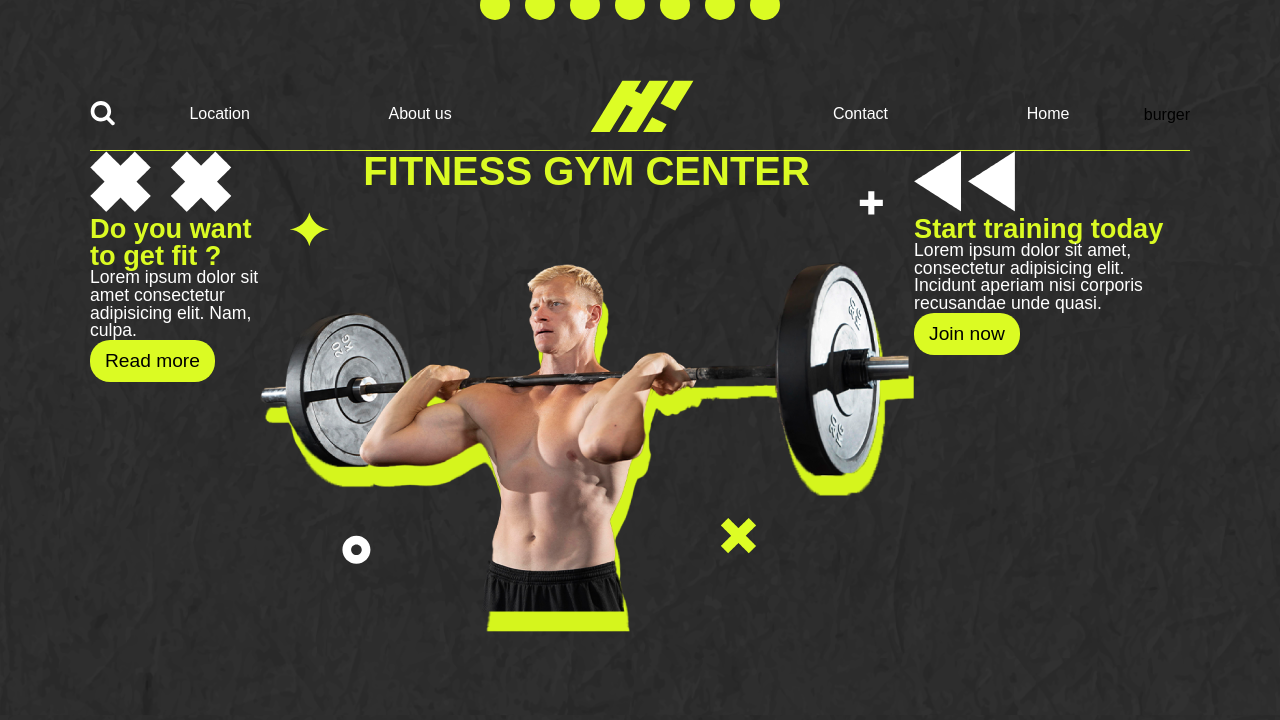
Repository: sem1103/fitness-test
Page: index.html
The author's editor kept a copy of each file at every save. The page is drawn from the files as they stood at one save, then again after the next save.
The browser window is 1280 px wide. The pictures show the whole page.

Above is the page before, as saved 2023-11-03 18:44:41.

### index.html
<!DOCTYPE html>
<html lang="en">
<head>
    <meta charset="UTF-8">
    <meta name="viewport" content="width=device-width, initial-scale=1.0">
    <title>Fitness</title>
    <link rel="stylesheet" href="style/reset.css"/>
    <link rel="stylesheet" href="style/main.css"/>
</head>
<body>
    <div id="circles">
        <ul>
            <li></li>
            <li></li>
            <li></li>
            <li></li>
            <li></li>
            <li></li>
            <li></li>
        </ul>
    </div>
    <header class="container">
        <div id="search">
            <svg version="1.2" xmlns="http://www.w3.org/2000/svg" viewBox="0 0 25 25" width="25" height="25"><style>.a{fill:#fff}</style><path fill-rule="evenodd" class="a" d="m23 24.2c-0.5 0-1 0-1.4-0.5-4.9-4.9-4.9-4.9-4.9-4.9-1.9 1.2-3.7 1.6-5.8 1.6-5.6 0-10.2-4.4-10.2-10 0-5.8 4.6-10.3 10.2-10.3 5.6 0 10.2 4.5 10.2 10.3 0 1.9-0.7 4-1.9 5.6 4.9 5.1 4.9 5.1 4.9 5.1 0.5 0.3 0.7 0.7 0.7 1.2 0 1.2-0.9 1.9-1.8 1.9zm-12.1-20.3c-3.7 0-6.5 2.8-6.5 6.5 0 3.5 2.8 6.3 6.5 6.3 3.5 0 6.5-2.8 6.5-6.3 0-3.7-3-6.5-6.5-6.5z"/></svg>
        </div>
        <nav>
            <ul>
                <li><a href="">Location</a></li>
                <li><a href="">About us</a></li>
                <li><a href=""><img src="./img/logo.png" alt="Logo"></a></li>
                <li><a href="">Contact</a></li>
                <li><a href="">Home</a></li>
            </ul>
        </nav>
        <div id="burger__menu">burger</div>
    </header>
    <main>

        <div id="intro" class="container">
            <div class="side__section">
                <div class="img">
                    <img src="img/section-one.png" alt="">
                </div>
                <h2>Do you want
                    to get fit ?</h2>
                <p>Lorem ipsum dolor sit amet consectetur adipisicing elit. Nam, culpa.</p>
                <button>Read more</button>
            </div>
            <div class="main__section">
                <h1>FITNESS GYM
                    CENTER</h1>
                <img src="img/section-two.png" alt="">
            </div>
            <div class="side__section">
                <div class="img">
                    <img src="img/section-three.png" alt="">
                </div>
                <h2>Start training
                    today</h2>
                <p>Lorem ipsum dolor sit amet, consectetur adipisicing elit. Incidunt aperiam nisi corporis recusandae unde quasi.</p>
                <button>Join now</button>
            </div>
        </div>


    </main>
</body>
</html>

### style/reset.css
html, body, div, span, applet, object, iframe,
h1, h2, h3, h4, h5, h6, p, blockquote, pre,
a, abbr, acronym, address, big, cite, code,
del, dfn, em, img, ins, kbd, q, s, samp,
small, strike, strong, sub, sup, tt, var,
b, u, i, center,
dl, dt, dd, ol, ul, li,
fieldset, form, label, legend,
table, caption, tbody, tfoot, thead, tr, th, td,
article, aside, canvas, details, embed,
figure, figcaption, footer, header, hgroup,
menu, nav, output, ruby, section, summary,
time, mark, audio, video {
	margin: 0;
	padding: 0;
	border: 0;
	font-size: 100%;
	font: inherit;
	vertical-align: baseline;
}
/* HTML5 display-role reset for older browsers */
article, aside, details, figcaption, figure,
footer, header, hgroup, menu, nav, section {
	display: block;
}
body {
	line-height: 1;
	font-family: Arial, Helvetica, sans-serif;
}
ol, ul {
	list-style: none;
}
blockquote, q {
	quotes: none;
}
blockquote:before, blockquote:after,
q:before, q:after {
	content: '';
	content: none;
}
table {
	border-collapse: collapse;
	border-spacing: 0;
}
a{
	text-decoration: none;
}

### style/main.css
.container {
    max-width: 1100px;
    margin: auto;
}

body {
    background: url(./../img/background.png) center/cover;
    min-height: 100vh;
}

#circles ul {
    display: flex;
    flex-direction: row;
    width: 100%;
    justify-content: center;
    gap: 15px;
    margin: -10px;
}

#circles li {
    padding: 15px;
    border-radius: 50%;
    background-color: #dbfb23;
}

header {
    padding: 70px 0 0 0;
    border-bottom: 1px solid #dbfb23;
}

header,
nav ul {
    display: flex;
    flex-direction: row;
    justify-content: space-between;
    align-items: center;
}

nav {
    flex-basis: 80%;
}

nav ul {
    align-items: stretch;
}

nav li {
    display: flex;
    align-items: center;
    transition: all .3s ease-in-out;
    border-bottom: 2px solid transparent;
}
nav li:nth-child(3){
    margin: 0 0 15px 0;
    border: 0;
}
nav a {
    color: #fff;
}

nav li:hover {
    color: #dbfb23;
    transition: all .3s ease-in-out;
    border-color: #fff;
}
h1{
    font-size: 2.5rem;
    font-weight: 900;
    color: #dbfb23;
    text-align: center;
}
h2{
    color: #dbfb23;
    font-size: 1.7rem;
    font-weight: 600;
}
#intro{
    display: flex;
    flex-direction: row;
}
#intro p{
    color: #fff;
    font-size: 1.1rem;
}

#intro button{
    border: 0;
    outline: 0;
    padding: 10px 15px;
    background-color: #dbfb23;
    border-radius: 20px;
    font-size: 1.2rem;
    cursor: pointer;
}

After the next save:
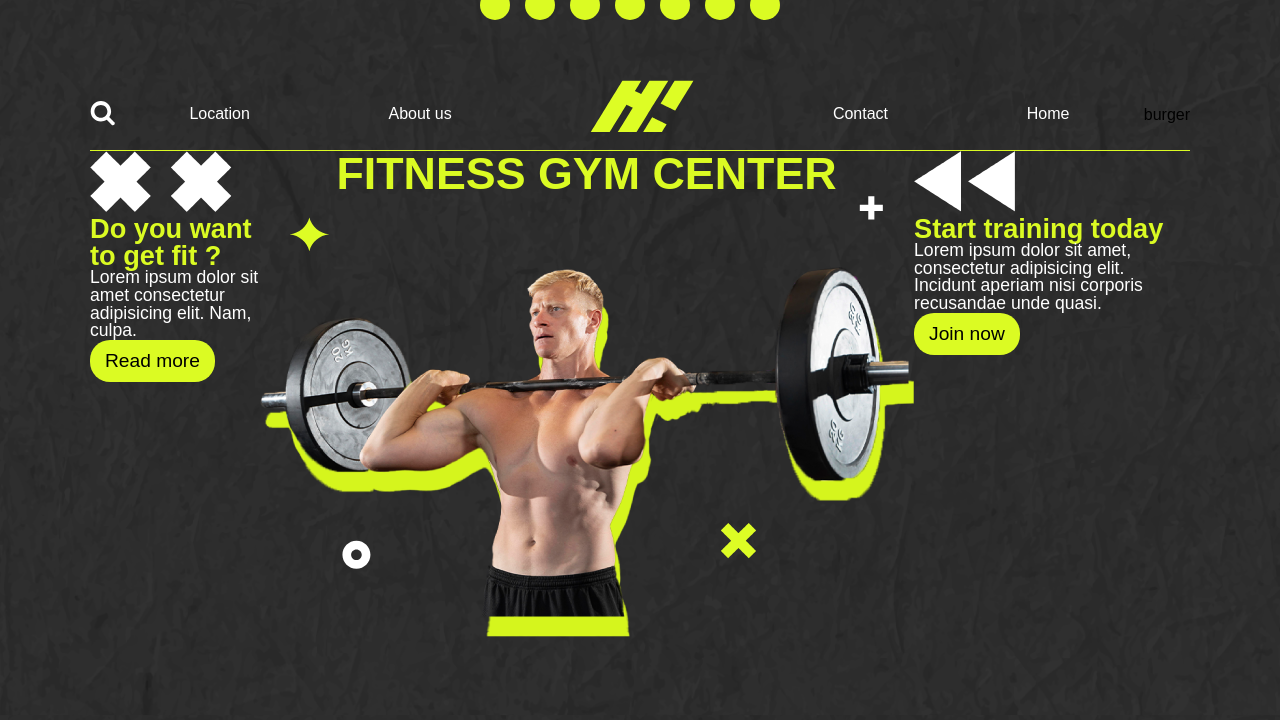
Saved 5 s later.
--- a/style/main.css
+++ b/style/main.css
@@ -64,7 +64,7 @@
     border-color: #fff;
 }
 h1{
-    font-size: 2.5rem;
+    font-size: 2.8rem;
     font-weight: 900;
     color: #dbfb23;
     text-align: center;
